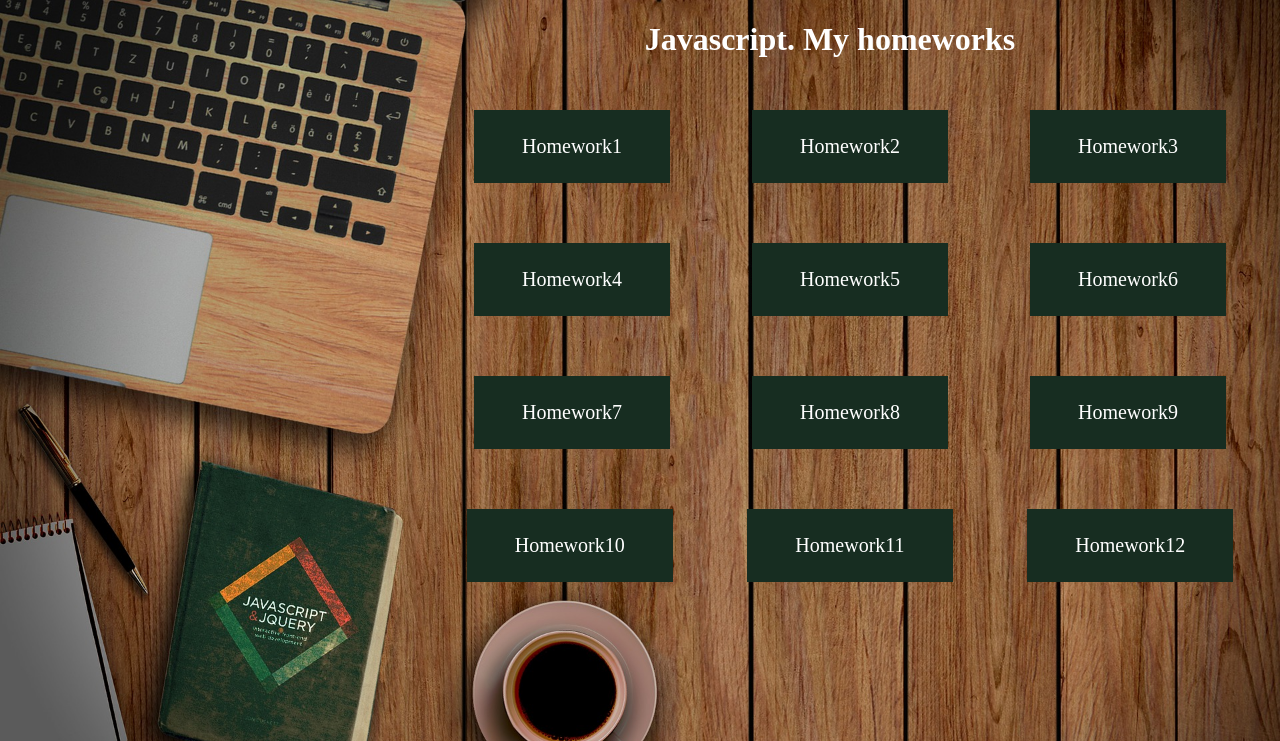
Repository: mariiastetsko/cursor-js-hw
Page: index.html
These files come from the project's save history. The page is drawn as it stood at one moment and after the next save; the edit follows.
The browser window is 1280 px wide. The pictures show the whole page.

Above is the page before, as saved 2020-07-22 20:22:03.

### index.html
<!DOCTYPE html>
<html lang="en">
  <head>
    <meta charset="UTF-8" />
    <meta name="viewport" content="width=device-width, initial-scale=1.0" />
    <title>Cursor.JS.Homeworks</title>
    <link rel="stylesheet" href="./style.css" />
  </head>
  <body>
    <div class="homeworks">
    <h1>Javascript. My homeworks</h1>
    <ul class="list">
      <li>
        <a href="./HW1/index.html">Homework1</a>
      </li>
      <li><a href="./HW2/index.html">Homework2 </a></li>
      <li><a href="./HW3/index.html">Homework3</a></li>
      <li><a href="./HW4/index.html">Homework4</a></li>
      <li><a href="./HW5/index.html">Homework5</a></li>
      <li><a href="./HW6/index.html">Homework6</a></li>
      <li><a href="./HW7/index.html">Homework7</a></li>
      <li><a href="./HW8/index.html">Homework8</a></li>
      <li><a href="./HW9/index.html">Homework9</a></li>
      <li><a href="./HW10/index.html">Homework10</a></li>
      <li><a href="./HW11/index.html">Homework11</a></li>
      <li><a href="./HW12/index.html">Homework12</a></li>
    </ul>
  </div>
  </body>
</html>

### style.css
* {
    box-sizing: border-box;
}

body {
    margin: 0 auto;
    padding: 0;
    min-height: 100vh;
    background-image: url('./background.jpg');
    background-repeat: no-repeat;
    background-size: cover;
}


ul {
    list-style: none;
}

.list {
    display: flex;
    justify-content: space-evenly;
    flex-wrap: wrap;
}

li, a {
    text-decoration: none;
    padding: 25px 10px;
    margin: 30px 28px;
    color: #FFF;
    font-size: 20px;
    background: #172D21 ;
}

.homeworks {
    width: 900px;
    text-align: center;
    margin-left: auto;
    color: #FFF;
}

After the next save:
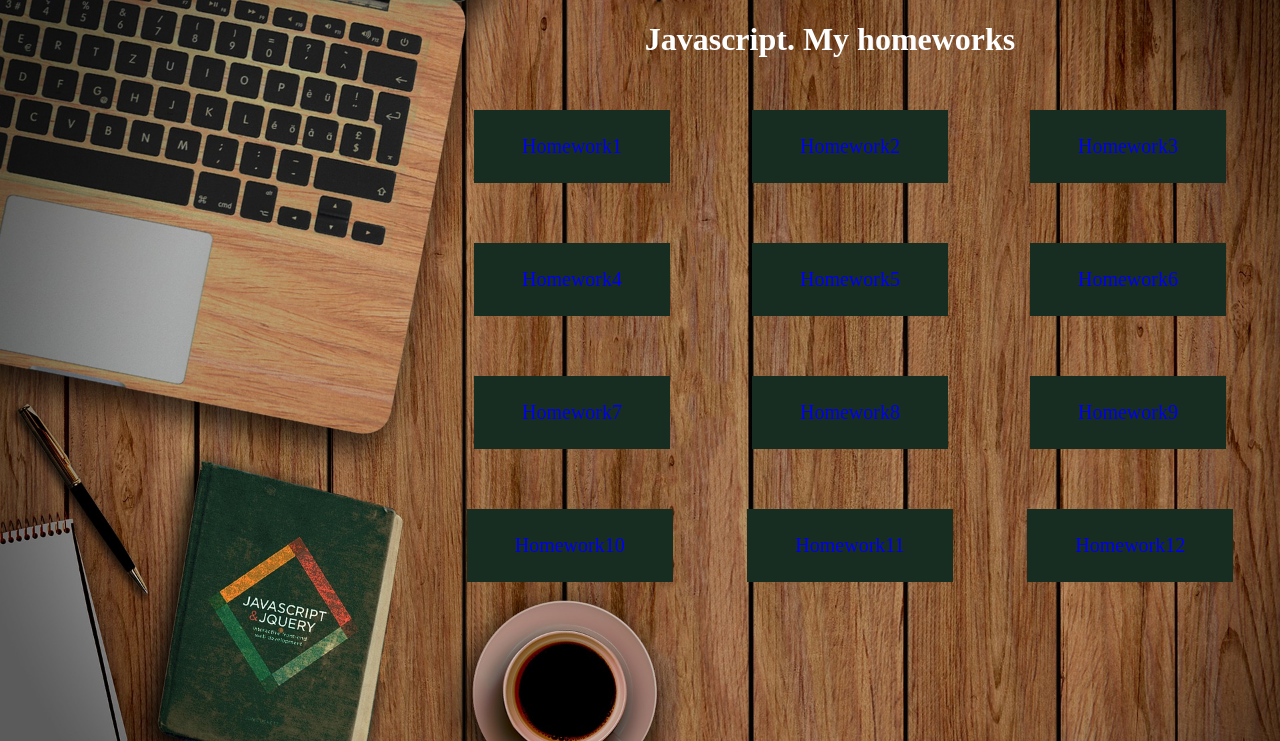
Saved 5 s later.
--- a/style.css
+++ b/style.css
@@ -26,7 +26,6 @@
     text-decoration: none;
     padding: 25px 10px;
     margin: 30px 28px;
-    color: #FFF;
     font-size: 20px;
     background: #172D21 ;
 }

After the 2 saves that followed:
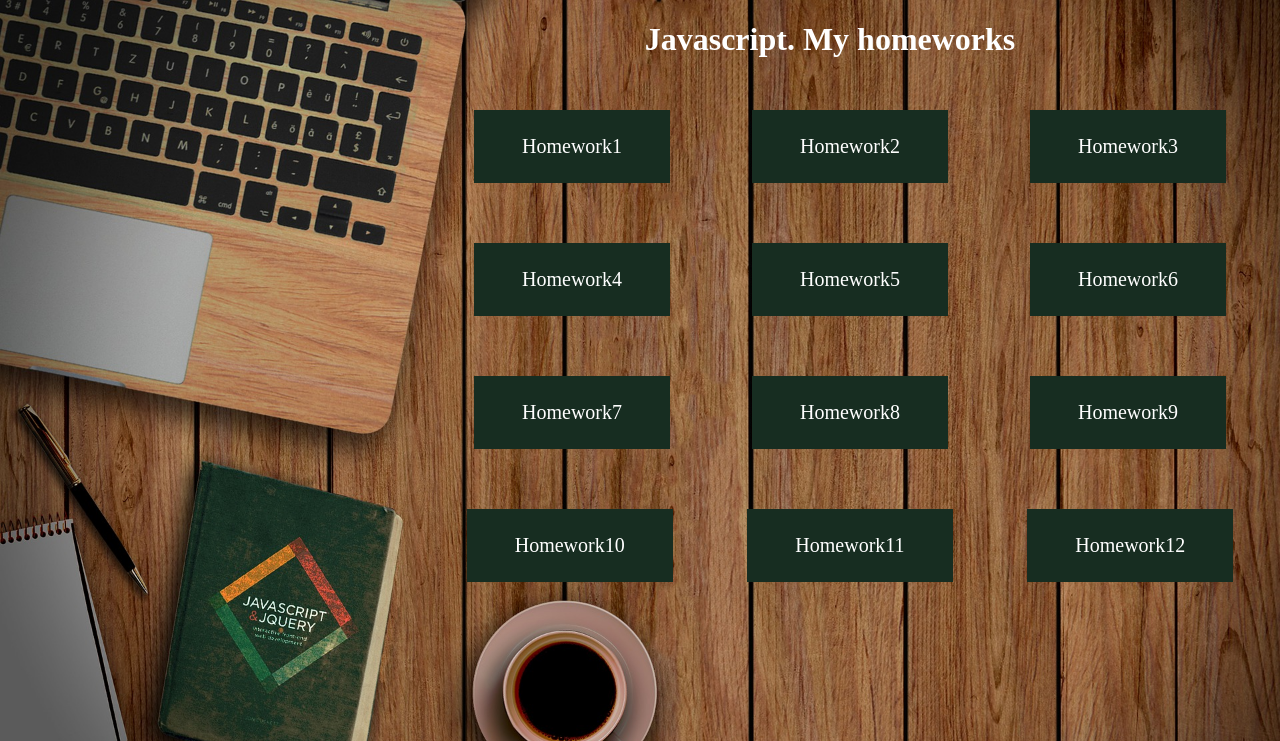
The 2 saves are shown as one change because 1 left the picture as it was.
The last was saved 12 s later.
--- a/style.css
+++ b/style.css
@@ -26,6 +26,7 @@
     text-decoration: none;
     padding: 25px 10px;
     margin: 30px 28px;
+    color: #FFF;
     font-size: 20px;
     background: #172D21 ;
 }
